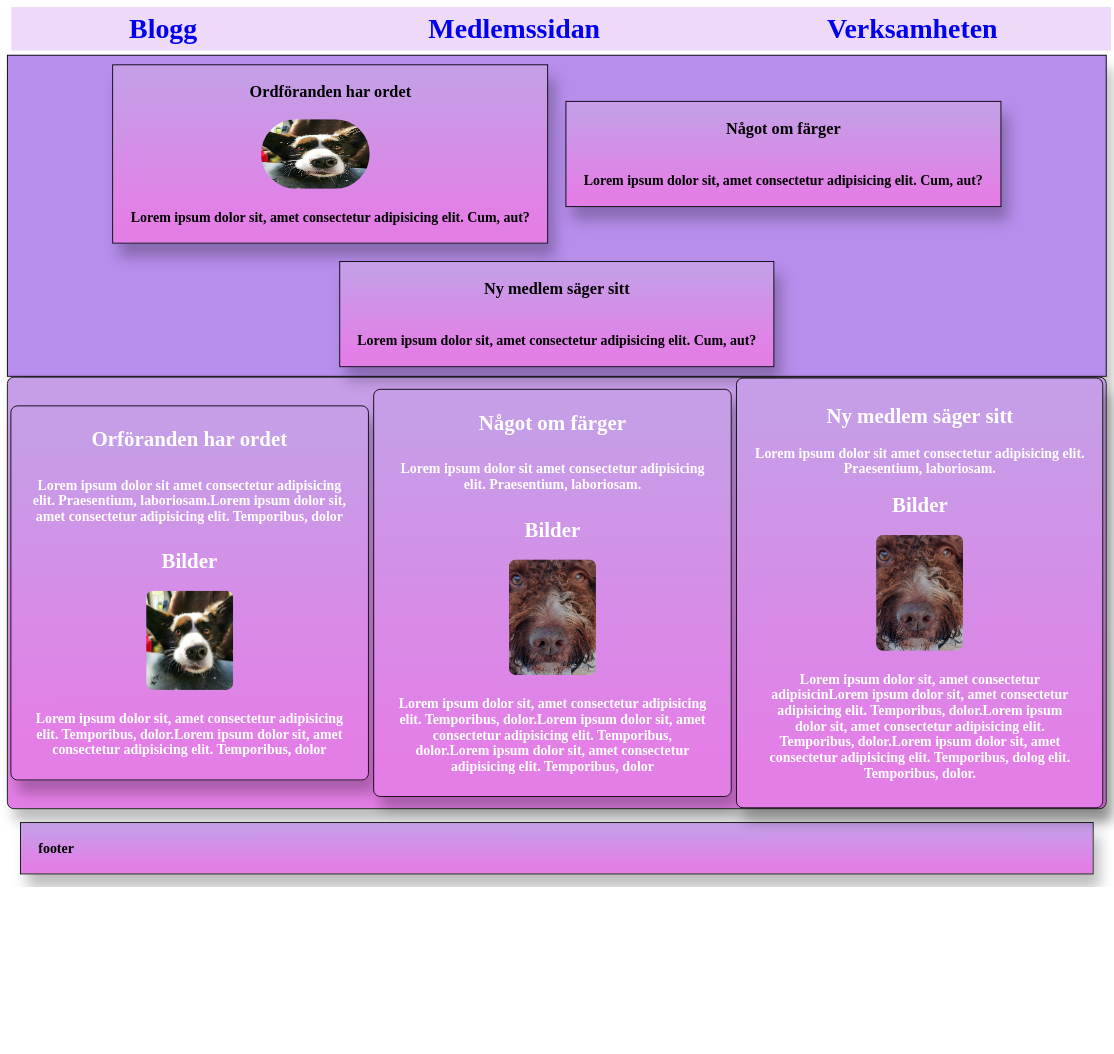
Repository: Webutveckling-20-21/lektion-3-CSS
Page: index.html
An editor plug-in stored every save of this project. The page is shown before and after the next save, followed by the edit.
The browser window is 1280 px wide. The pictures show the whole page, at 87% of full size.
Some web fonts or font styles are not loaded; a fallback is used.

Above is the page before, as saved 2021-09-30 14:16:40.

### index.html
<!DOCTYPE html>
<html lang="en">

<head>
    <meta charset="UTF-8">
    <meta http-equiv="X-UA-Compatible" content="IE=edge">
    <meta name="viewport" content="width=device-width, initial-scale=1.0">
    <link rel="stylesheet" href="style.css">
    <title>lektion 3</title>
</head>

<body>

    <ul class="navbar">

            <li class="nav-list"> <a href="#">Blogg</a></li>
            <li><a href="#">Medlemssidan</a></li>
            <li><a href="#">Verksamheten</a></li>

        </ul>

    <div class="main-center">

        <div class="article1">
            <h3>Ordföranden har ordet</h3>
            <img src="images/ord.jpg" class="thumbnail" height="80" width="80" alt="Bild på ordföranden">
            <p>Lorem ipsum dolor sit, amet consectetur adipisicing elit. Cum, aut?</p>
        </div>
        <div class="article3">
            <h3>Något om färger</h3>
            <p>Lorem ipsum dolor sit, amet consectetur adipisicing elit. Cum, aut?</p>
        </div>
        <div class="article3">
            <h3>Ny medlem säger sitt</h3>
            <p>Lorem ipsum dolor sit, amet consectetur adipisicing elit. Cum, aut?</p>
        </div>
    </div>
    <div class="box">
        <div class="blue">
            <h2>Orföranden har ordet</h2>
            <p>Lorem ipsum dolor sit amet consectetur adipisicing elit. Praesentium, laboriosam.Lorem ipsum dolor sit, amet consectetur adipisicing elit. Temporibus, dolor </p>
            <div class="images">
                <h2>Bilder</h2>
                <img src="images/ord.jpg" alt="bild">
                <p>Lorem ipsum dolor sit, amet consectetur adipisicing elit. Temporibus, dolor.Lorem ipsum dolor sit, amet consectetur adipisicing elit. Temporibus, dolor</p>
            </div>
        </div>
        <div class="green">
            <h2>Något om färger</h2>
            <p>Lorem ipsum dolor sit amet consectetur adipisicing elit. Praesentium, laboriosam. </p>
            <div class="images">
                <h2>Bilder</h2>
                <img src="images/olle.jpg" alt="bild">
                <p>Lorem ipsum dolor sit, amet consectetur adipisicing elit. Temporibus, dolor.Lorem ipsum dolor sit, amet consectetur adipisicing elit. Temporibus, dolor.Lorem ipsum dolor sit, amet consectetur adipisicing elit. Temporibus, dolor</p>
            </div>
        </div>
        <div class="red">
            <h2>Ny medlem säger sitt</h2>
            <div>Lorem ipsum dolor sit amet consectetur adipisicing elit. Praesentium, laboriosam.
                <div class="images">
                    <h2>Bilder</h2>
                    <img src="images/olle.jpg" alt="bild">
                    <p>Lorem ipsum dolor sit, amet consectetur adipisicinLorem ipsum dolor sit, amet consectetur adipisicing elit. Temporibus, dolor.Lorem ipsum dolor sit, amet consectetur adipisicing elit. Temporibus, dolor.Lorem ipsum dolor sit, amet consectetur adipisicing elit. Temporibus, dolog elit. Temporibus, dolor.</p>
                </div>
            </div>
        </div>
    </div>
</body>
<div class="footer-place"> footer</div>





</html>

### style.css
@import url('https://fonts.googleapis.com/css2?family=Grechen+Fuemen&display=swap');

body {
    font-family: 'Grechen Fuemen', cursive;
    font-weight: bolder;
}

.navbar {
    width: 100%;
    height: 50px;
    display: flex;
    align-items: center;
    justify-content: space-around;
    background-color: #eed9f8;
    margin: 5px;
}

ul {

    list-style-type: none;
    display: flex;
    margin: 0;
    padding: 0;
    overflow: hidden;
}

.nav-list {
    margin: 5px;
}

a {
    text-decoration: none;
    font-size: 2rem;

}

a:hover {
    color: blue;
}
.thumbnail:hover {
    position:relative;
    top:-20px;
    left:-30px;
    width:500px;
    height:auto;
    display:block;
    z-index:999;
}
/* <img src="[your hosted image URL]" class="thumbnail" height="100" width="100" />  */



.box {
    background: linear-gradient(to bottom, #c69de7 10%, #e47ee7 90%);
    /* height:200px; */
    display: flex;
    max-width: 100%;
    align-items: center;
    justify-content: center;
    border: 1px solid black;
    border-radius: 8px;
    flex-wrap: wrap;
    justify-content: center;
    /* opacity: 0.5; */
    box-shadow: 7.6px 15.2px 15.2px hsl(0deg 0% 0% / 0.26);
}

.blue {

    background: linear-gradient(to bottom, #c69de7 10%, #e47ee7 90%);
    max-width: 400px;
    margin: auto;
    border: 1px solid black;
    color: white;
    text-align: center;
    border-radius: 8px;
    justify-content: center;
    padding: 5px;
    box-shadow: 7.6px 15.2px 15.2px hsl(0deg 0% 0% / 0.26);


}

.green {

    background: linear-gradient(to bottom, #c69de7 10%, #e47ee7 90%);
    max-width: 400px;
    margin: auto;
    border: 1px solid black;
    color: white;
    text-align: center;
    border-radius: 8px;
    justify-content: center;
    padding: 5px;
    box-shadow: 7.6px 15.2px 15.2px hsl(0deg 0% 0% / 0.26);


}

.red {

    background: linear-gradient(to bottom, #c69de7 10%, #e47ee7 90%);
    max-width: 400px;
    margin: auto;
    color: white;
    text-align: center;
    border: 1px solid black;

    border-radius: 8px;
    justify-content: center;
    padding: 10px;
    box-shadow: 7.6px 15.2px 15.2px hsl(0deg 0% 0% / 0.26);

}

img {
    width: 25%;
    border-radius: 8px;
    max-width: 300px;
    margin: auto;
}

h2 {
    justify-content: center;
}

.main-center h3 {
    justify-content: center;
}

.main-center {
    display: flex;
    flex-direction: row;
    flex-wrap: wrap;
    border: 1px solid black;
    align-items: center;
    justify-content: center;
    background-color: rgb(183, 142, 236);
    box-shadow: 7.6px 15.2px 15.2px hsl(0deg 0% 0% / 0.26);
}

.article1 {
    margin: 10px;
    border: 1px solid black;
    justify-content: center;
    align-items: center;
    background: linear-gradient(to bottom, #c69de7 10%, #e47ee7 90%);
    box-shadow: 7.6px 15.2px 15.2px hsl(0deg 0% 0% / 0.26);

}
.article1 img {
    border-radius: 40px;
    margin-left: 170px;
}

.article2 {
    margin: 10px;
    border: 1px solid black;
    background-color: rgb(172, 125, 233);
    box-shadow: 7.6px 15.2px 15.2px hsl(0deg 0% 0% / 0.26);
    background: linear-gradient(to bottom, #c69de7 10%, #e47ee7 90%);

}

.article3 {
    margin: 10px;
    border: 1px solid black;
    background: linear-gradient(to bottom, #c69de7 10%, #e47ee7 90%);
    box-shadow: 7.6px 15.2px 15.2px hsl(0deg 0% 0% / 0.26);
}

h3 {
    margin: auto;
}

p {
    text-align: center;
    margin: 10px;
    padding: 10px;
}

h3 {
    padding: 20px;
    text-align: center;
}

.footer-place {
    padding: 20px;
    margin: 15px;
    border: 1px solid black;
    background: linear-gradient(to bottom, #c69de7 10%, #e47ee7 90%);
    box-shadow: 7.6px 15.2px 15.2px hsl(0deg 0% 0% / 0.26);
}

After the next save:
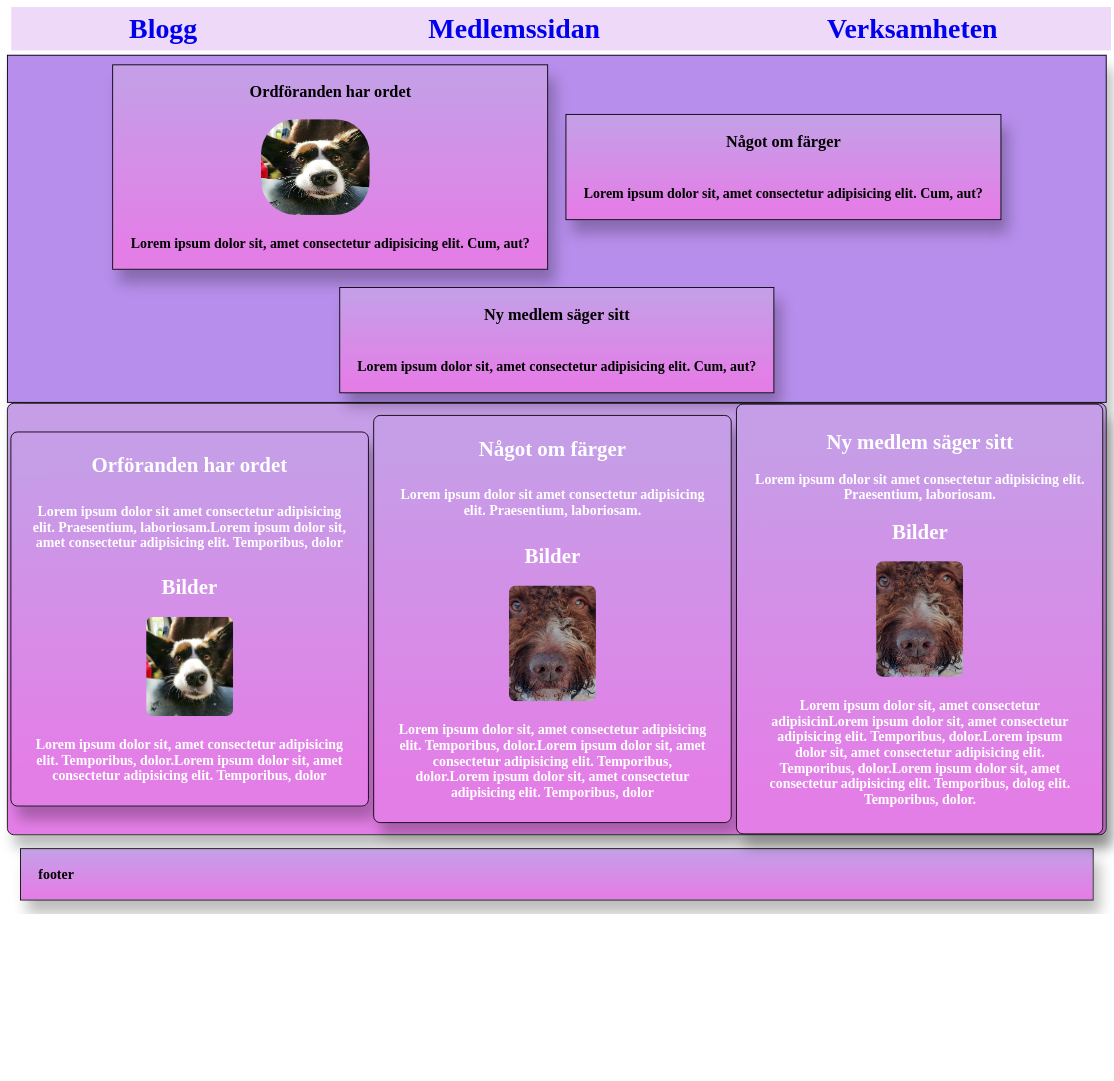
Saved 37 s later.
--- a/index.html
+++ b/index.html
@@ -23,7 +23,7 @@
 
         <div class="article1">
             <h3>Ordföranden har ordet</h3>
-            <img src="images/ord.jpg" class="thumbnail" height="80" width="80" alt="Bild på ordföranden">
+            <img src="images/ord.jpg" class="thumbnail" height="110" width="110" alt="Bild på ordföranden">
             <p>Lorem ipsum dolor sit, amet consectetur adipisicing elit. Cum, aut?</p>
         </div>
         <div class="article3">
